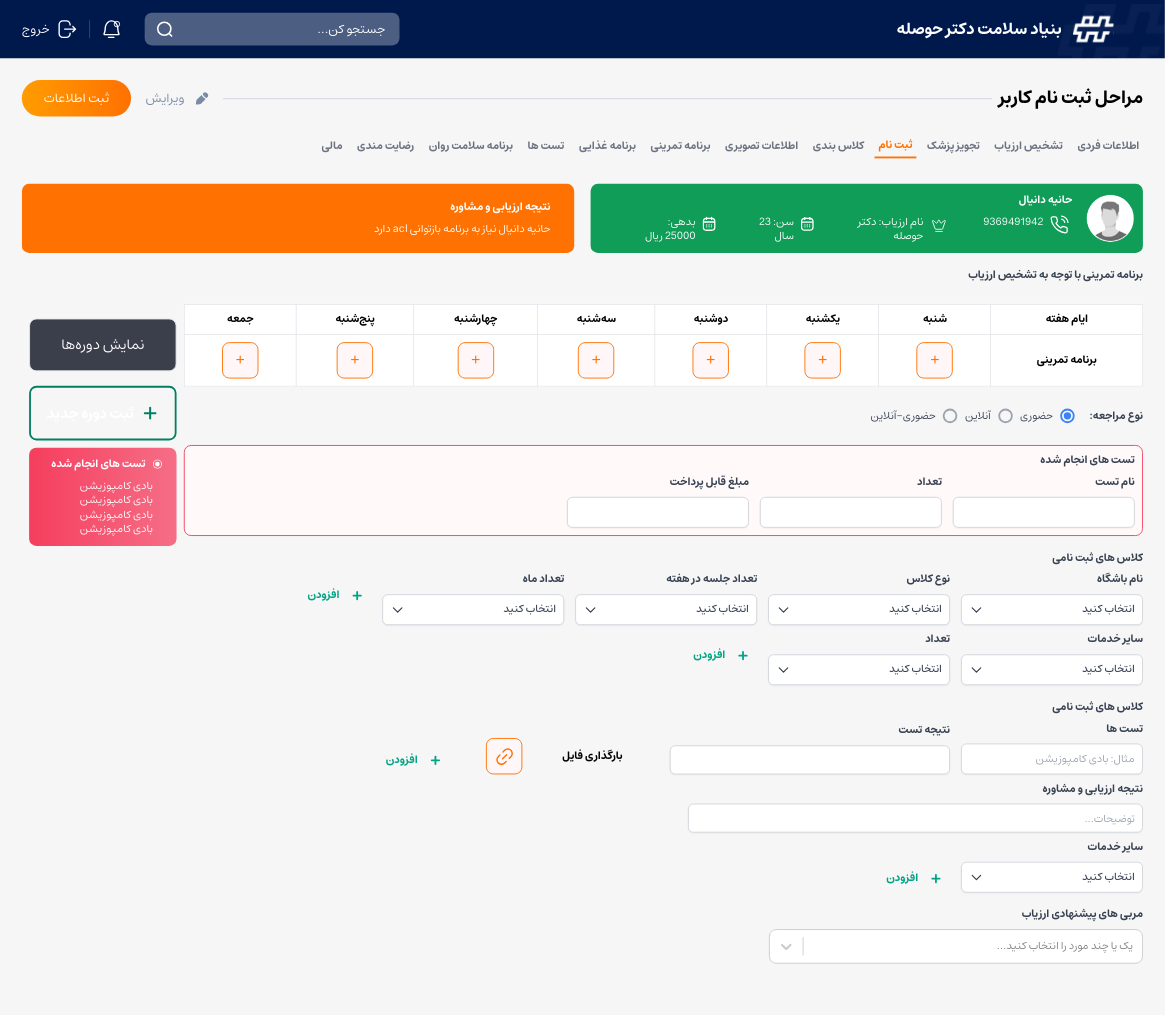
Repository: mirnajafi/ERP_hoseleh_V1.0
Page: /register, after clicking the first element matching `div.flex > :nth-child(4)`
The author's editor kept a copy of each file at every save. The page is drawn from the files as they stood at one save, then again after a run of saves.
The browser window is 1280 px wide. The pictures show the whole page, at 91% of full size.
Some web fonts or font styles are not loaded; a fallback is used. The project was rebuilt for these pictures with package versions that can differ from the ones it lists, and the page was loaded fresh each time. The framework's server and built-in components were replaced by stand-ins that run in the browser. Also part of the build but not shown: next.config.mjs, src/components/icons/trash.tsx, src/components/weekTable/weekTable.css, src/components/icons/copy.tsx, src/components/recognitionEvaluator/recognitionEvaluator.tsx.

Above is the page before, as saved 2025-02-28 23:59:57.

After the next 3 saves:
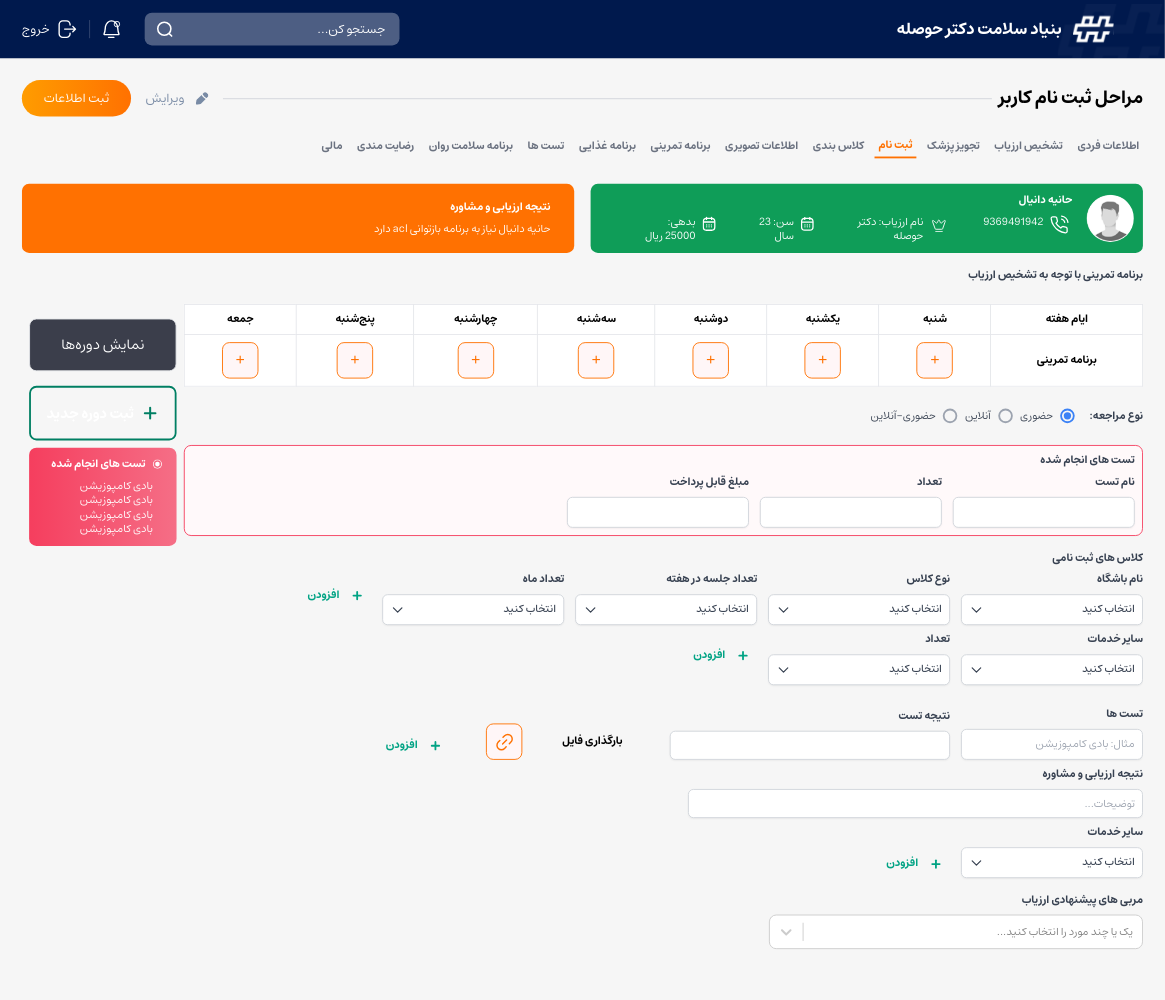
The 3 saves are shown as one change because they came seconds apart.
The last was saved 19 s later.
--- a/src/components/registration/registration.tsx
+++ b/src/components/registration/registration.tsx
@@ -155,7 +155,7 @@
                     </div>
 
 
-                    <label className="text-xs font-bold text-gray-700 ml-4 mt-4">کلاس های ثبت نامی</label>
+                    <label className="text-xs font-bold text-gray-700 ml-4 mt-4"> </label>
 
                 </div>
 

After the save that followed:
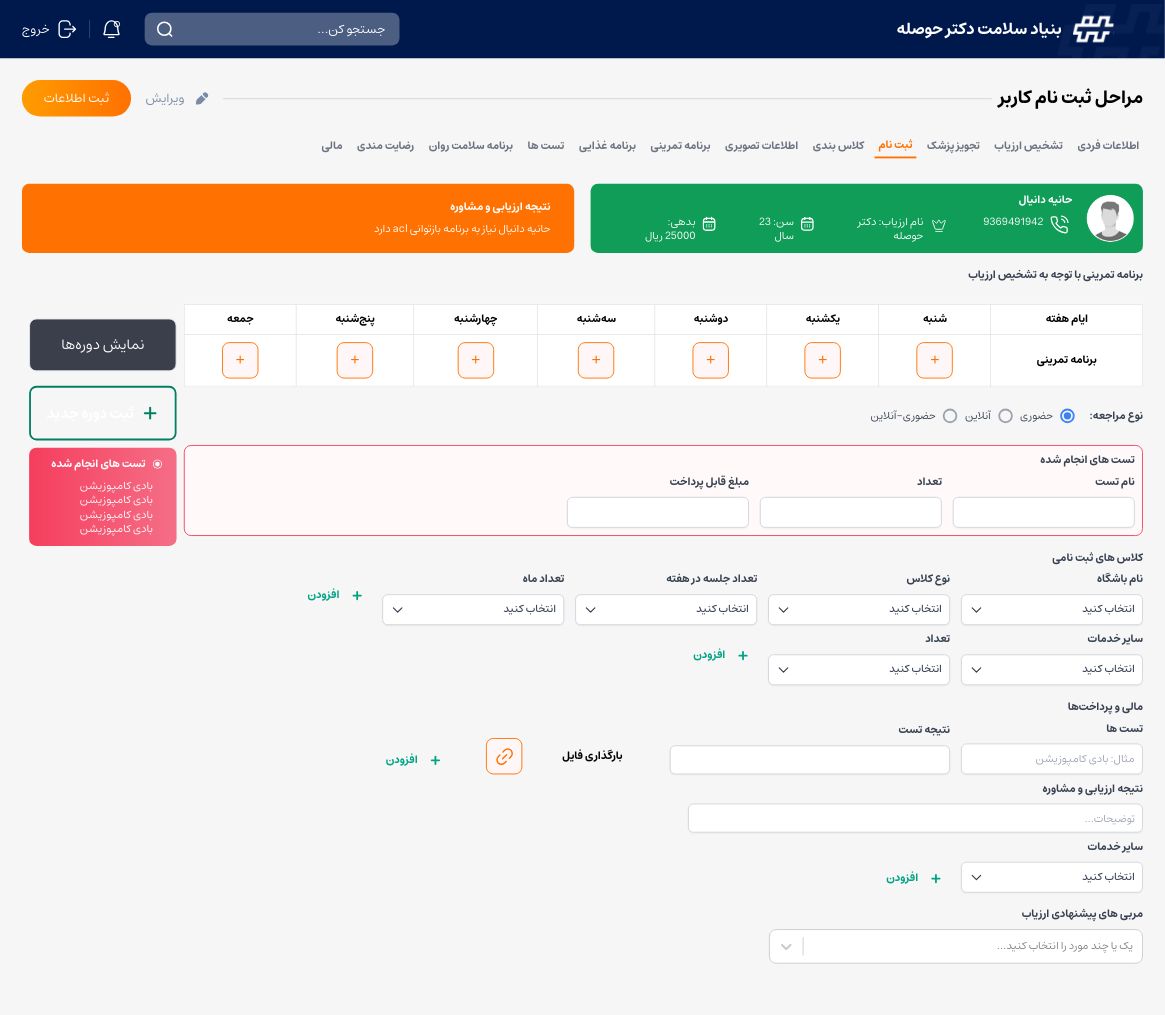
Saved 4 s later.
--- a/src/components/registration/registration.tsx
+++ b/src/components/registration/registration.tsx
@@ -155,7 +155,7 @@
                     </div>
 
 
-                    <label className="text-xs font-bold text-gray-700 ml-4 mt-4"> </label>
+                    <label className="text-xs font-bold text-gray-700 ml-4 mt-4">مالی و پرداخت‌ها</label>
 
                 </div>
 
